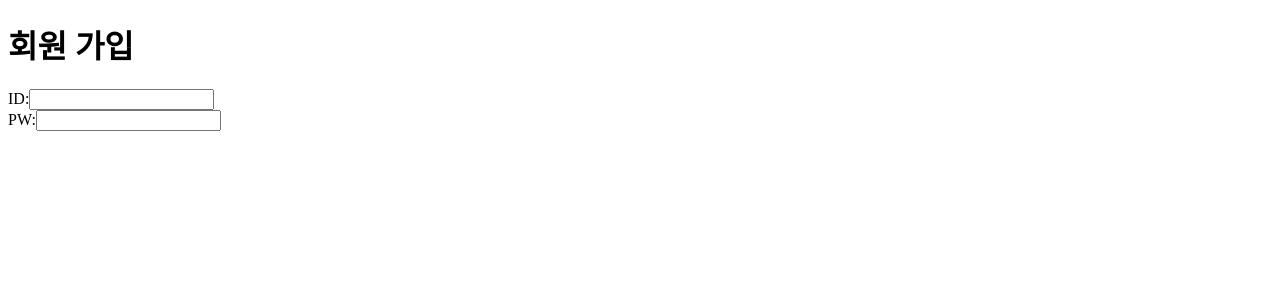
Repository: Gaebulga/eclipse-workspace
Page: http://localhost/181226_Practice/
An editor plug-in stored every save of this project. The page is shown before and after the next save, followed by the edit.
The browser window is 1280 px wide. The pictures show the whole page.
The page is served by Tomcat 9.

Above is the page before, as saved 2018-12-26 10:50:03.

After the next save:
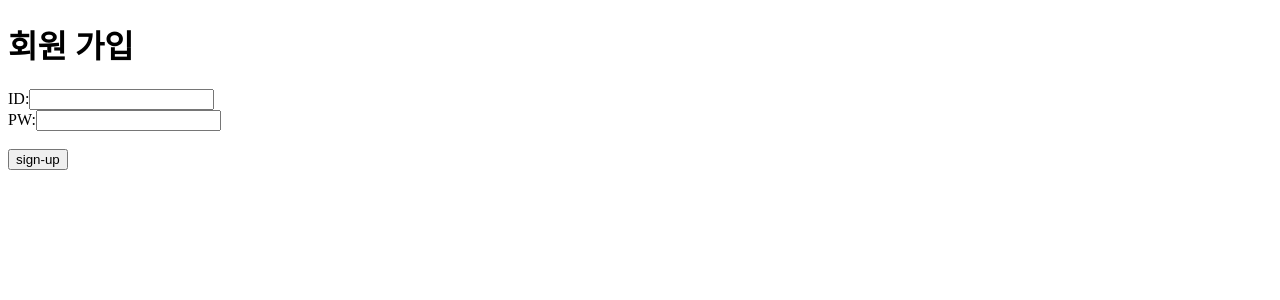
Saved 45 s later.
--- a/181226_Practice/WebContent/index.jsp
+++ b/181226_Practice/WebContent/index.jsp
@@ -12,6 +12,7 @@
 		ID:<input type="text" name="userId" ><br>
 		PW:<input type="text" name="userPw" ><br>
 		<input type="hidden" value="signUp" name="action"><br>
+		<button>sign-up</button>
 	</form>
 
 </body>
